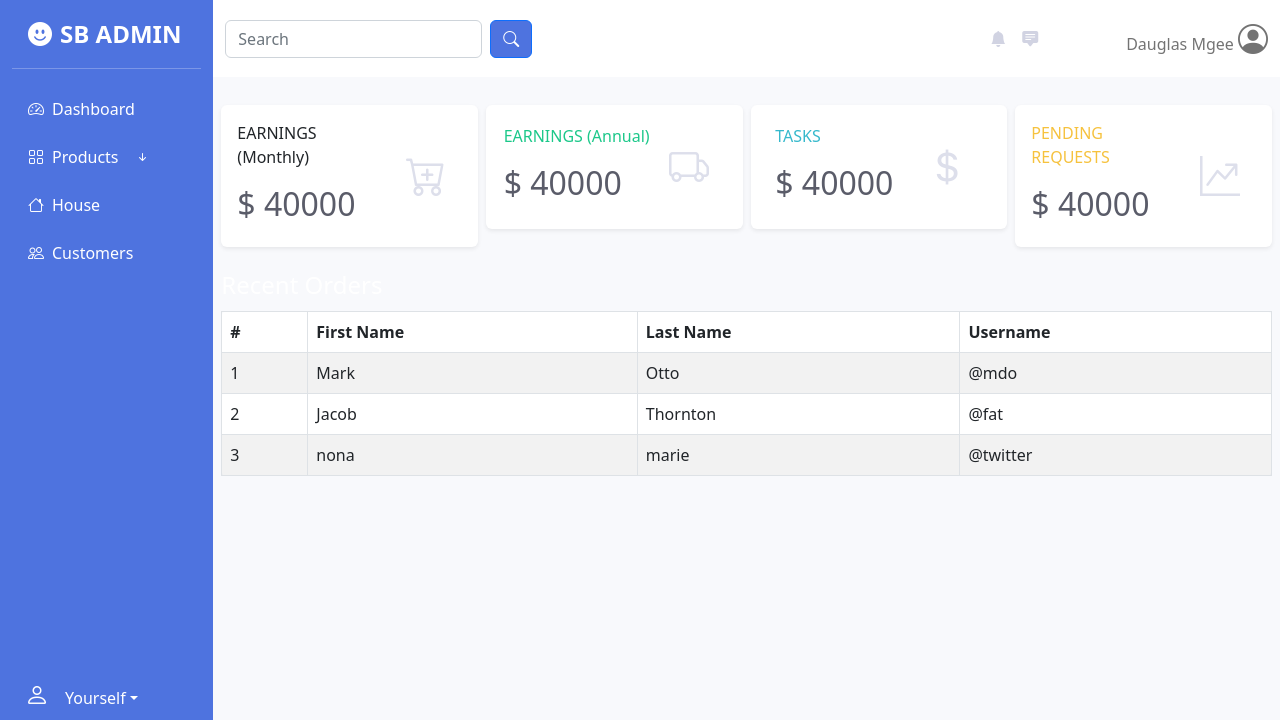
Repository: iqbalaamir/dashboard
Page: /
An editor plug-in stored every save of this project. The page is shown before and after the next save, followed by the edit.
The browser window is 1280 px wide. The pictures show the whole page.
The project was rebuilt for these pictures with package versions that can differ from the ones it lists, and the page was loaded fresh each time. Also part of the build but not shown: src/App.css.

Above is the page before, as saved 2023-04-24 22:39:36.

### src/App.js
import "./App.css";
import NavbarComponent from "./components/NavbarComponent";
import Sidebar from "./components/Sidebar";
import Container from "react-bootstrap/Container";
import Row from "react-bootstrap/Row";
import Col from "react-bootstrap/Col";

function App() {
  return (
   <div>
    <Sidebar/>
   </div>
  );
}

export default App;

### src/components/NavbarComponent.js
import Button from "react-bootstrap/Button";
import Container from "react-bootstrap/Container";
import Form from "react-bootstrap/Form";
import Nav from "react-bootstrap/Nav";
import Navbar from "react-bootstrap/Navbar";
import NavDropdown from "react-bootstrap/NavDropdown";

function NavbarComponent() {
  return (
    <Navbar style={{backgroundColor:"white"}} expand="lg">
      <Container fluid>
        <Form className="d-flex">
          <Form.Control
            type="search"
            placeholder="Search"
            className="me-2"
            aria-label="Search"
          />
          <Button style={{ backgroundColor: "#4e73df" }}>
            {" "}
            <i class="bi bi-search"></i>
          </Button>
        </Form>

        <Navbar.Toggle />

        <Navbar.Collapse className="justify-content-end">
          <Nav
            className="my-2 my-lg-0"
            style={{ maxHeight: "100px" }}
            navbarScroll
          >
            <Nav.Link href="#action2">
              <i class="bi bi-bell-fill" style={{color:"#d1d3e2"}}></i>
            </Nav.Link>
            <Nav.Link href="#action2">
              <i class="bi bi-chat-square-text-fill" style={{color:"#d1d3e2"}}></i>
            </Nav.Link>
            {/* <NavDropdown title="Messages" id="navbarScrollingDropdown">

              <NavDropdown.Item href="#action3">Action</NavDropdown.Item>
              <NavDropdown.Item href="#action4">
                Another action
              </NavDropdown.Item>
              <NavDropdown.Divider />
              <NavDropdown.Item href="#action5">
                Something else here
              </NavDropdown.Item>
            </NavDropdown> */}
          </Nav>
          <Navbar.Text style={{marginLeft:80}}>
            {/* Signed in as: <a href="#login">Mark Otto</a> */}
            Dauglas Mgee <i class="bi bi-person-circle" style={{fontSize:30}}></i>
          </Navbar.Text>
        </Navbar.Collapse>
      </Container>
    </Navbar>
  );
}

export default NavbarComponent;

### src/components/Sidebar.js
import React from "react";
import "bootstrap/dist/css/bootstrap.min.css";
import "bootstrap-icons/font/bootstrap-icons.css";
import "bootstrap/js/dist/dropdown";
import "bootstrap/js/dist/collapse";
import "./sidebar.css";
import NavbarComponent from "./NavbarComponent";
import HomeComponent from "./HomeComponent"

export default function Sidebar() {
  return (
    <div className="container-fluid">
      <div className="row">
        <div className="col-auto col-sm-2 sideNav d-flex flex-column justify-content-between min-vh-100">
          <div className="mt-3">
            <a
              className="text-decoration-none ms-3 d-flex align-items-center text-white customHeading"
              role="button"
            >
                 <i className="bi bi-emoji-smile-fill"></i>
              <span className="ms-2 d-none d-sm-inline">SB ADMIN</span>
            </a>
            <hr className="text-white d-none d-sm-block"></hr>
            <ul class="nav nav-pills flex-column mt-2 mt-sm-0" id="parentM">
              <li class="nav-item  my-1 py-2 py-sm-0">
                <a
                  class="nav-link text-white text-center text-sm-start"
                  href="#"
                  aria-current="page"
                >
                  <i className="bi bi-speedometer2"></i>
                  <span className="ms-2 d-none d-sm-inline">Dashboard</span>
                </a>
              </li>
              <li class="nav-item  my-1 py-2 py-sm-0">
                <a
                  class="nav-link text-white text-center text-sm-start"
                  href="#submenu"
                  data-bs-toggle="collapse"
                  aria-current="page"
                >
                  <i className="bi bi-grid"></i>
                  <span className="ms-2 d-none d-sm-inline">Products</span>
                  <i className="bi bi-arrow-down-short ms-0 ms-sm-3"></i>
                </a>
                <ul
                  class="nav collapse ms-2 flex-column"
                  id="submenu"
                  data-bs-parent="#parentM"
                >
                  <li class="nav-item ">
                    <a class="nav-link text-white" href="#" aria-current="page">
                      <span className="d-none d-sm-inline"> Item</span>1
                    </a>
                  </li>
                  <li class="nav-item ">
                    <a class="nav-link text-white" href="#">
                      <span className="d-none d-sm-inline"> Item</span>2
                    </a>
                  </li>
                </ul>
              </li>
              <li class="nav-item  my-1">
                <a
                  class="nav-link text-white text-center text-sm-start"
                  href="#"
                  aria-current="page"
                >
                  <i className="bi bi-house"></i>
                  <span className="ms-2 d-none d-sm-inline">House</span>
                </a>
              </li>
              <li class="nav-item text-white my-1">
                <a
                  class="nav-link text-white text-center text-sm-start"
                  href="#"
                  aria-current="page"
                >
                  <i className="bi bi-people"></i>
                  <span className="ms-2 d-none d-sm-inline">Customers</span>
                </a>
              </li>
            </ul>
          </div>
          <div class="dropdown open">
            <a
              class="btn border-none dropdown-toggle text-white"
              type="button"
              id="triggerId"
              data-bs-toggle="dropdown"
              aria-haspopup="true"
              aria-expanded="false"
            >
              <i className="bi bi-person fs-4"></i>
              <span className="f5-5 ms-3 d-none d-sm-inline">Yourself</span>
            </a>
            <div class="dropdown-menu" aria-labelledby="triggerId">
              <a class="dropdown-item" href="#">
                Profile
              </a>
              <a class="dropdown-item" href="#">
                Setting
              </a>
            </div>
          </div>

        </div>
        <div className="col" style={{backgroundColor:"#f8f9fc",padding:0}}>
       <NavbarComponent/>
       <HomeComponent/>
        </div>

      </div>
    </div>
  );
}

### src/components/sidebar.css
#parentM li a:hover {
    background-color: #9eacd4;

}
.sideNav{
   background-color: #4e73df;
}
.customHeading{
    font-weight: bold;
    font-size: x-large;
}

### src/components/HomeComponent.js
import React from "react";
import TableComponent from "./TableComponent";

function Home() {
  return (
    <div className="">

      <div className="container-fluid">
        <div className="row g-3 my-2">
          <div className="col-md-3 p-1" >
            <div className="p-3 bg-white shadow-sm d-flex justify-content-around align-items-center rounded" style={{borderLeft:"10px",borderLeftColor:"#4e73df"}}>
              <div>

                <p className="fs-12" style={{color:"#"}}>EARNINGS (Monthly)</p>
                <h5 className="fs-2" style={{color:"#5a5c69"}}>$ 40000</h5>
              </div>
              <i className="bi bi-cart-plus p-3 fs-1" style={{color:"#dddfeb"}}></i>
            </div>
          </div>
          <div className="col-md-3 p-1">
            <div className="p-3 bg-white shadow-sm d-flex justify-content-around align-items-center rounded">
              <div>
              <p className="fs-12" style={{color:"#1cc88a"}}>EARNINGS (Annual)</p>
                <h5 className="fs-2" style={{color:"#5a5c69"}}>$ 40000</h5>
              </div>
              <i className="bi bi-truck p-3 fs-1" style={{color:"#dddfeb"}}></i>
            </div>
          </div>
          <div className="col-md-3 p-1">
            <div className="p-3 bg-white shadow-sm d-flex justify-content-around align-items-center rounded">
              <div>
              <p className="fs-12" style={{color:"#36b9cc"}}>TASKS</p>
                <h5 className="fs-2" style={{color:"#5a5c69"}}>$ 40000</h5>
              </div>
              <i className="bi bi-currency-dollar p-3 fs-1" style={{color:"#dddfeb"}}></i>
            </div>
          </div>
          <div className="col-md-3 p-1">
            <div className="p-3 bg-white shadow-sm d-flex justify-content-around align-items-center rounded">
              <div>
              <p className="fs-12" style={{color:"#f6c23e"}}>PENDING REQUESTS</p>
                <h5 className="fs-2" style={{color:"#5a5c69"}}>$ 40000</h5>
              </div>
              <i className="bi bi-graph-up-arrow p-3 fs-1" style={{color:"#dddfeb"}}></i>
            </div>
          </div>
        </div>
      </div>
      <div className="px-2">
      <TableComponent/>
      </div>
    </div>
  );
}

export default Home;

### src/components/TableComponent.js
import Table from 'react-bootstrap/Table';

function TableComponent() {
  return (
    <Table striped bordered hover className='table caption-top bg-white rounded mt-2'>
      <caption className='fs-4 text-white'>Recent Orders</caption>
      <thead>
        <tr>
          <th>#</th>
          <th>First Name</th>
          <th>Last Name</th>
          <th>Username</th>
        </tr>
      </thead>
      <tbody>
        <tr>
          <td>1</td>
          <td>Mark</td>
          <td>Otto</td>
          <td>@mdo</td>
        </tr>
        <tr>
          <td>2</td>
          <td>Jacob</td>
          <td>Thornton</td>
          <td>@fat</td>
        </tr>
        <tr>
          <td>3</td>
          <td>nona</td>
          <td>marie</td>
          <td>@twitter</td>
        </tr>
      </tbody>
    </Table>
  );
}

export default TableComponent;

Loaded but not shown: public/index.html (common file); src/index.js (common file); src/index.css (common file); src/reportWebVitals.js (common file)

After the next save:
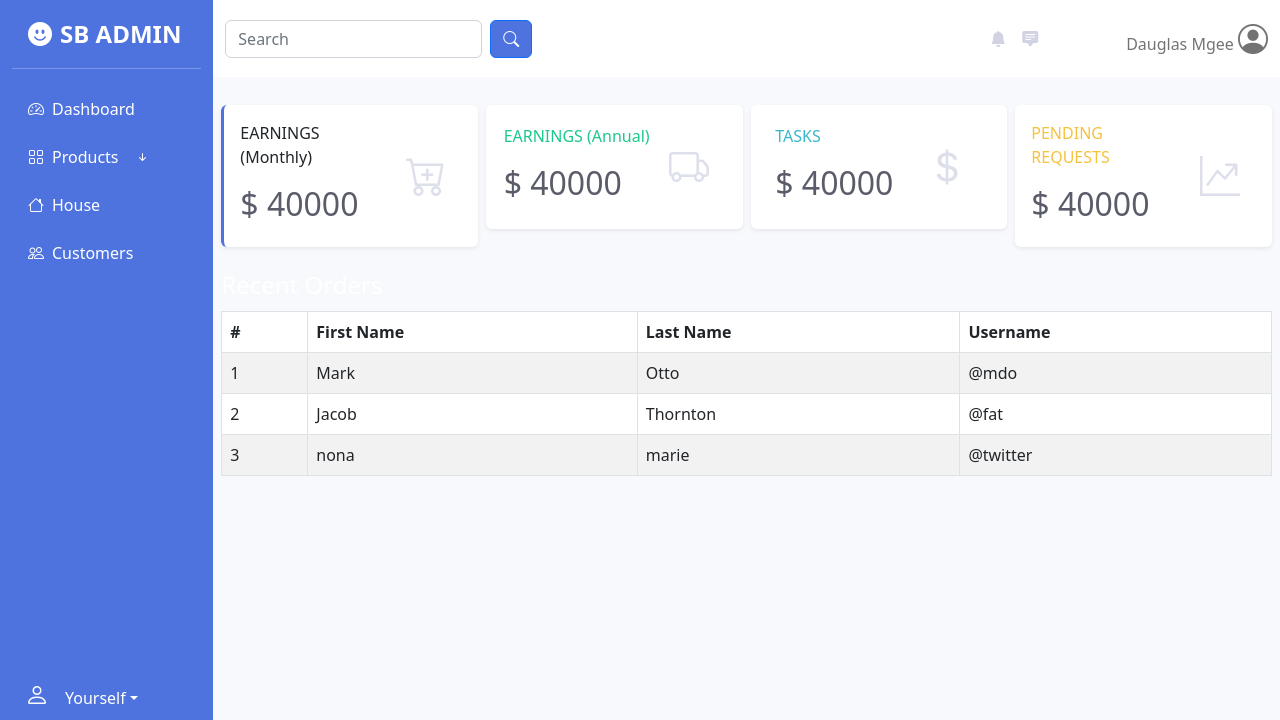
Saved 5 s later.
--- a/src/components/HomeComponent.js
+++ b/src/components/HomeComponent.js
@@ -8,7 +8,7 @@
       <div className="container-fluid">
         <div className="row g-3 my-2">
           <div className="col-md-3 p-1" >
-            <div className="p-3 bg-white shadow-sm d-flex justify-content-around align-items-center rounded" style={{borderLeft:"10px",borderLeftColor:"#4e73df"}}>
+            <div className="p-3 bg-white shadow-sm d-flex justify-content-around align-items-center rounded" style={{borderLeft:"solid",borderLeftColor:"#4e73df"}}>
               <div>
 
                 <p className="fs-12" style={{color:"#"}}>EARNINGS (Monthly)</p>

After the save that followed:
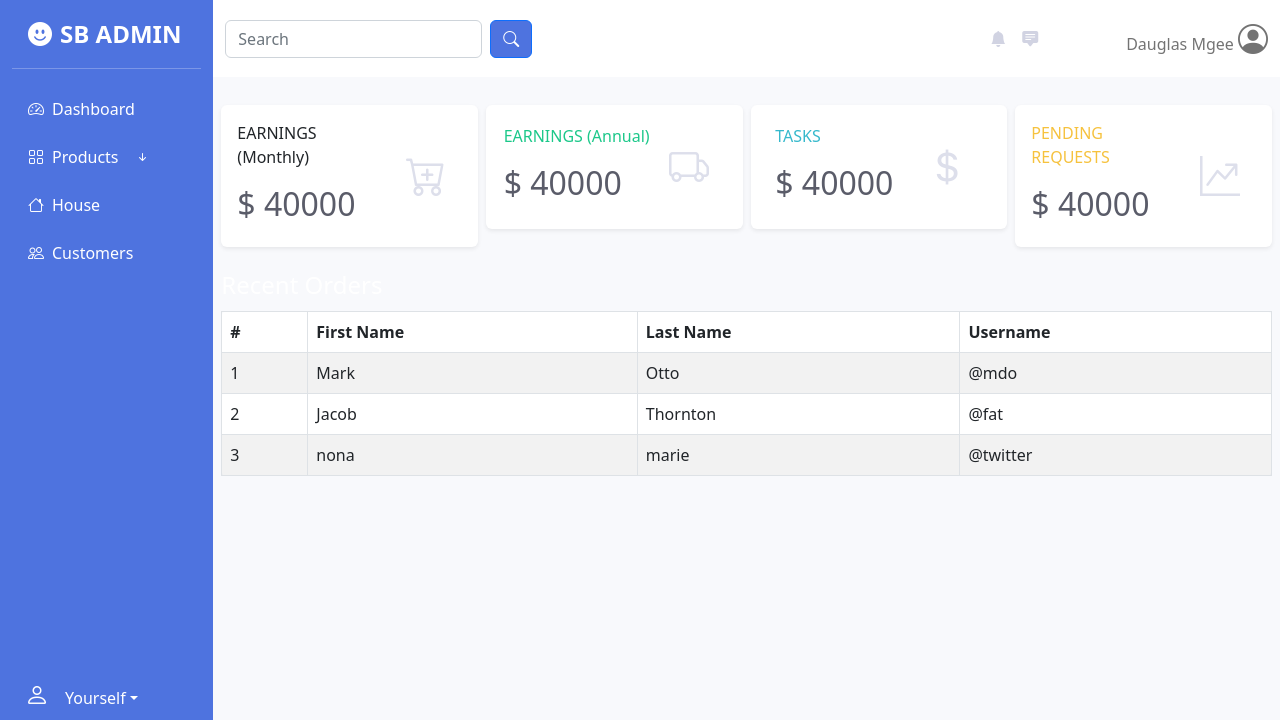
Saved 32 s later.
--- a/src/components/HomeComponent.js
+++ b/src/components/HomeComponent.js
@@ -8,7 +8,7 @@
       <div className="container-fluid">
         <div className="row g-3 my-2">
           <div className="col-md-3 p-1" >
-            <div className="p-3 bg-white shadow-sm d-flex justify-content-around align-items-center rounded" style={{borderLeft:"solid",borderLeftColor:"#4e73df"}}>
+            <div className="p-3 bg-white shadow-sm d-flex justify-content-around align-items-center rounded" style={{borderLeft:"5px",borderLeftColor:"#4e73df"}}>
               <div>
 
                 <p className="fs-12" style={{color:"#"}}>EARNINGS (Monthly)</p>
